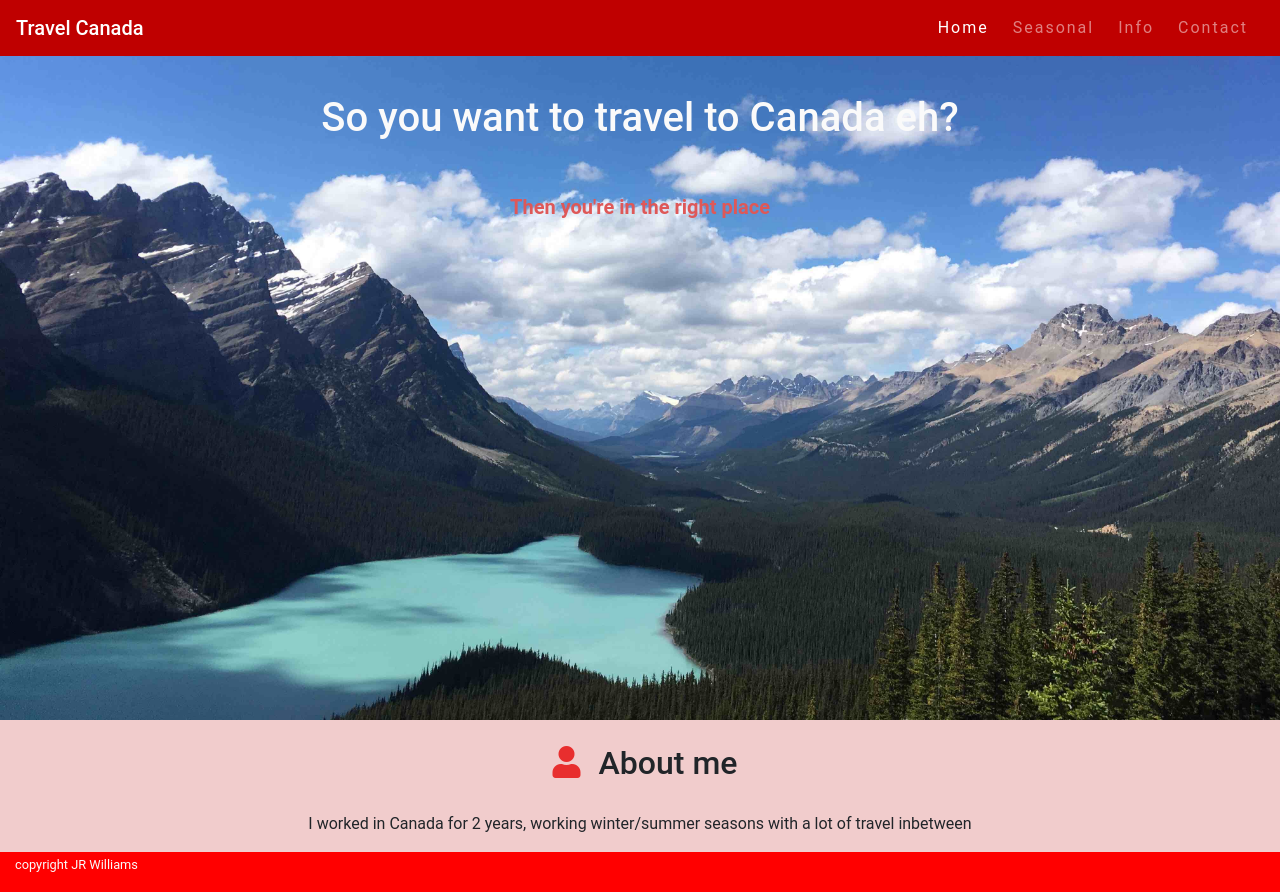
Repository: JonWil91/Travel-Canada
Page: index.html
The author's editor kept a record of every edit. The page is drawn from the files as they stood at one moment, then again after the next edit.
The browser window is 1280 px wide. The pictures show the whole page.
Backgrounds fixed to the window are drawn as part of the page. Some web libraries are served in a nearby version.

Above is the page before.

### index.html
<!DOCTYPE html>
<html lang="en">

<head>
    <meta charset="UTF-8">
    <meta name="viewport" content="width=device-width, initial-scale=1.0">
    <meta http-equiv="X-UA-Compatible" content="ie=edge">
    <title>Canada</title>
    <link rel="stylesheet" href="https://stackpath.bootstrapcdn.com/bootstrap/4.3.1/css/bootstrap.min.css" integrity="sha384-ggOyR0iXCbMQv3Xipma34MD+dH/1fQ784/j6cY/iJTQUOhcWr7x9JvoRxT2MZw1T" crossorigin="anonymous">
    <link href="https://fonts.googleapis.com/css?family=Montserrat:200,400,500i&display=swap" rel="stylesheet">
    <link rel="stylesheet" href="https://use.fontawesome.com/releases/v5.6.1/css/all.css" integrity="sha384-gfdkjb5BdAXd+lj+gudLWI+BXq4IuLW5IT+brZEZsLFm++aCMlF1V92rMkPaX4PP" crossorigin="anonymous">
    <link rel="stylesheet" href="css/style.css" type="text/css" />


    <body>

        <!-- navbar -->

        <div class="container-fluid navalert-container">
            <nav class="navbar navbar-dark navbar-expand-sm">
                <a href="/" class="navbar-brand">Travel Canada</a>
                <button class="navbar-toggler ml-auto" type="button" data-toggle="collapse" data-target="#navbarNavDropdown" aria-controls="navbarNavDropdown" aria-expanded="false" aria-label="Toggle
        navigation">
            <span class="navbar-toggler-icon"></span>
        </button>
                <div class="collapse navbar-collapse" id="navbarNavDropdown">
                    <ul class="navbar-nav ml-auto">
                        <li class="active nav-item mr-2"><a class="nav-link" href="index.html">Home</a></li>
                        <li class="nav-item mr-2"><a class="nav-link" href="seasonal.html">Seasonal</a></li>
                        <li class="nav-item mr-2"><a class="nav-link" href="info.html">Info</a></li>
                        <li class="nav-item mr-2"><a class="nav-link" href="contact.html">Contact</a></li>

                    </ul>
                </div>
            </nav>
        </div>

        <!-- /navbar -->

        <!-- landing page -->


        <div class="container-fluid callout-container">
            <!-- Callout -->
            <div class="row">
                <div class="col-12">
                    <section class="callout jumbotron text-center">
                        <h1 class="jumbotron-header">So you want to travel to Canada eh?</h1>
                        <p class="lead">Then you're in the right place</p>
                    </section>
                </div>
            </div>
        </div>

        <!--/landing page-->

        <!-- about me -->

        <div class="container-fluid about-me text-center">
            <div class="row">
                <div class="col-12">
                    <h2><i class="fas fa-user icon my-3"></i> About me</h2>
                    <p>
                        I worked in Canada for 2 years, working winter/summer seasons with a lot of travel inbetween
                    </p>
                </div>
            </div>
        </div>

        <!-- /about me -->

        <!-- footer -->

        <div class="container-fluid footer">
            <div class="row">
                <div class="col-12">
                    <p class="ml-auto"><small>copyright JR Williams</small></p>

                </div>
            </div>
        </div>


        <!-- /footer -->











        <script src="https://code.jquery.com/jquery-3.3.1.slim.min.js" integrity="sha384-q8i/X+965DzO0rT7abK41JStQIAqVgRVzpbzo5smXKp4YfRvH+8abtTE1Pi6jizo" crossorigin="anonymous"></script>
        <script src="https://cdnjs.cloudflare.com/ajax/libs/popper.js/1.14.7/umd/popper.min.js" integrity="sha384-UO2eT0CpHqdSJQ6hJty5KVphtPhzWj9WO1clHTMGa3JDZwrnQq4sF86dIHNDz0W1" crossorigin="anonymous"></script>
        <script src="https://stackpath.bootstrapcdn.com/bootstrap/4.3.1/js/bootstrap.min.js" integrity="sha384-JjSmVgyd0p3pXB1rRibZUAYoIIy6OrQ6VrjIEaFf/nJGzIxFDsf4x0xIM+B07jRM" crossorigin="anonymous"></script>






    </body>

### css/style.css
body {
    font-family: 'Roboto', sans-serif;
    background-color: #f1cccc;
}

/* landing page */

.callout-container {
    height: 100vh;
    background: url("../images/canada-landing-page.jpg") no-repeat bottom right fixed;
    -webkit-background-size: cover;
    -moz-background-size: cover;
    -o-background-size: cover;
    background-size: cover;

    display: flex;
    justify-content: center;
    position: relative;
}

.jumbotron {
    background-color: transparent;
    margin-top: 30px;
    color: #fafafa;
}

.lead {
    margin-top: 50px;
    color: #de5858;
    font-family: 'Roboto', sans-serif;
    font-weight: 600;

}


/* /landing page */

/* Navbar */

.navalert-container {
    position: absolute;
    top: 0;
    left: 0;
    padding-left: 0;
    padding-right: 0;
    z-index: 1;
    background-color: #ff0000;
}

.navbar {
    margin-bottom: 0;
    border: 0;
    width: 100%;
    background-color: rgba(0, 0, 0, 0.25);
}

.navbar .navbar-toggler {
    border: none;
}

.navbar-brand {
    font-weight: 500;
}

.navbar-nav {
    letter-spacing: 2px;
}

/* /navbar */

/* seasonal */

.title-container {
    display: flex;
    justify-content: center;
    position: relative;
}

.container-subheading {
    display: flex;
    justify-content: center;
    position: relative;
}

.img-fluid {
    width: 100vh;
    height: 65vh;
    border-radius: 20px;
}


.icon {
    color: #e82e2e;
    padding: 10px;
    transition: all 0.3s ease 0s;
}

.icon:hover {
    color: #f59e42;
}

.season-title {
    padding: 0 0 20px 0;

}

/* /seasonal */

/* Footer */

.footer {
    background-color: #ff0000;
    color: #fafafa;
    float: right;
}

/* /footer */

After the next edit:
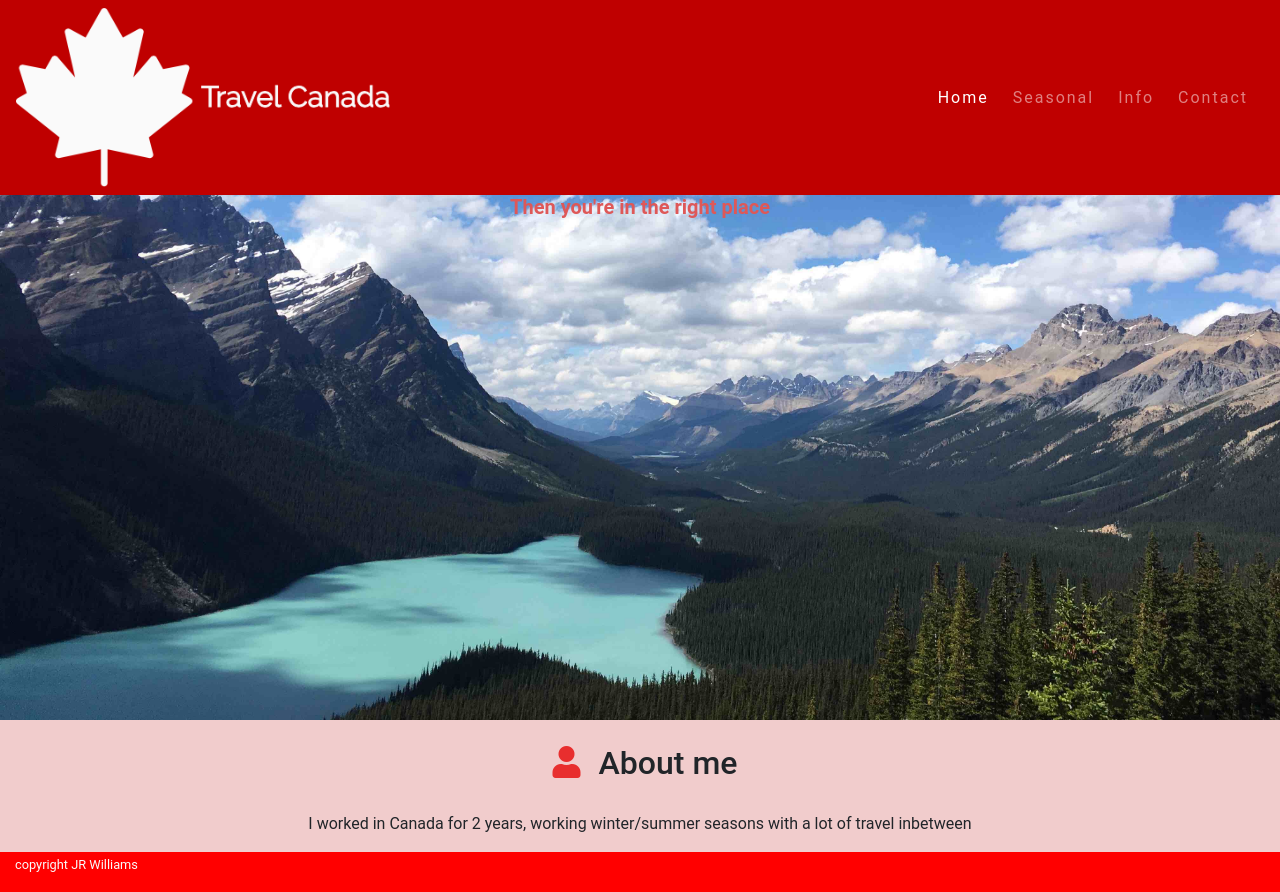
The edit:
--- a/index.html
+++ b/index.html
@@ -18,7 +18,7 @@
 
         <div class="container-fluid navalert-container">
             <nav class="navbar navbar-dark navbar-expand-sm">
-                <a href="/" class="navbar-brand">Travel Canada</a>
+            <a href="index.html"><img class="nav-logo" src="images/nav-logo.png" alt="logo image of canada"></a>
                 <button class="navbar-toggler ml-auto" type="button" data-toggle="collapse" data-target="#navbarNavDropdown" aria-controls="navbarNavDropdown" aria-expanded="false" aria-label="Toggle
         navigation">
             <span class="navbar-toggler-icon"></span>
